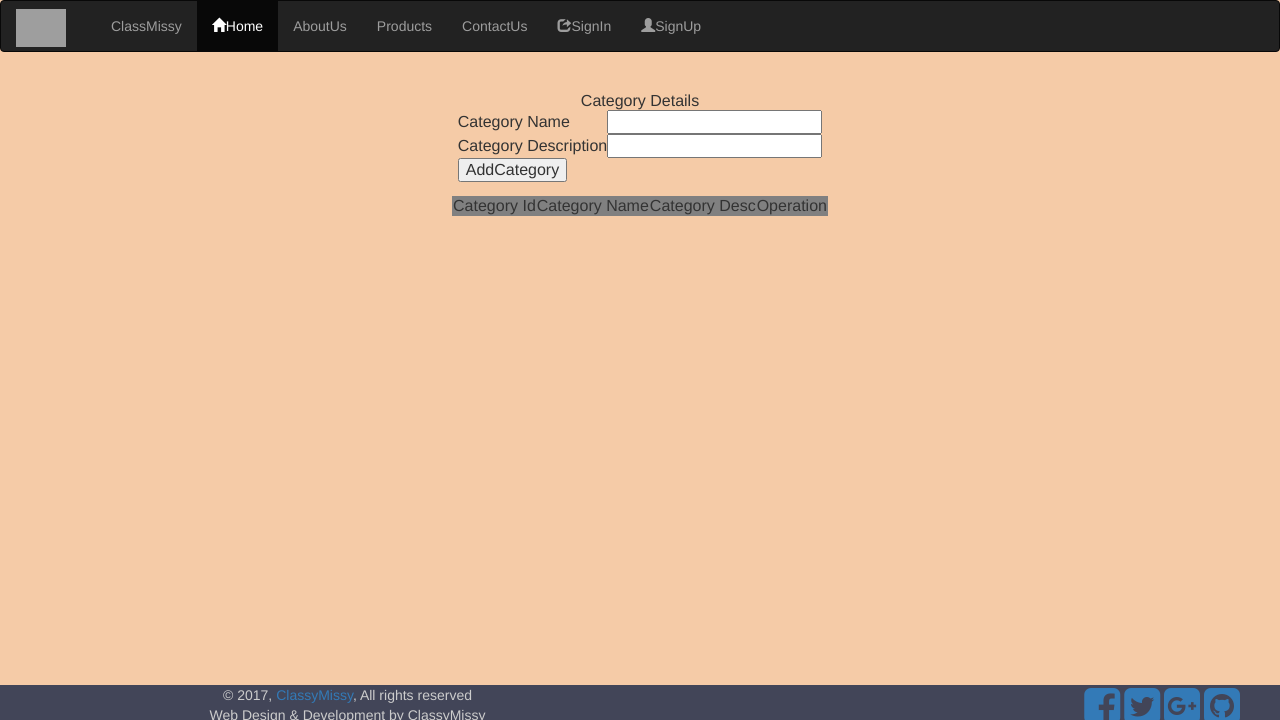
Repository: ananthi024/eCommerce-Project
Page: http://localhost/ClassyMissyFrontend/WEB-INF/views/Category.jsp
The author's editor kept a copy of each file at every save. The page is drawn from the files as they stood at one save, then again after the next save.
The browser window is 1280 px wide. The pictures show the whole page.
Pictures or frames that could not be fetched are drawn as grey boxes. Some web libraries are served in a nearby version. The page is served by Tomcat 9. Nobody is signed in. The template is opened directly, without the code that normally fills it, so the values that code supplies are empty.

Above is the page before, as saved 2017-07-11 16:36:36.
Console error (its wording comes from the project's code and is left out).

After the next save:
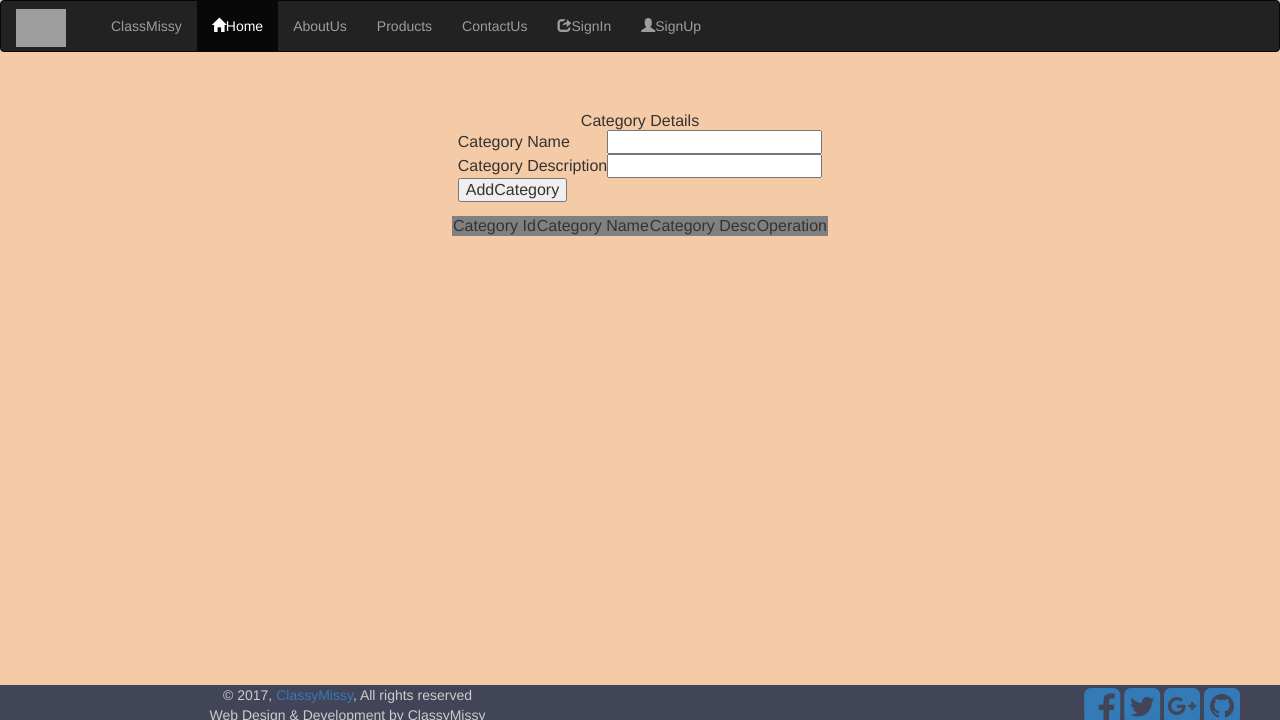
Saved 16 s later.
--- a/13th July/MyProject/ClassyMissyFrontend/src/main/webapp/WEB-INF/views/Category.jsp
+++ b/13th July/MyProject/ClassyMissyFrontend/src/main/webapp/WEB-INF/views/Category.jsp
@@ -21,7 +21,7 @@
 	<td>Category Name</td>
 	<c:if test="${flag}">
 	<td><input type="text" name="catname" value="${category.catname }"/></td>
-	</c:if>
+	</c:if><br>
 	<c:if test="${!flag}">
 	<td><input type="text" name="catname"/></td>
 	</c:if>
